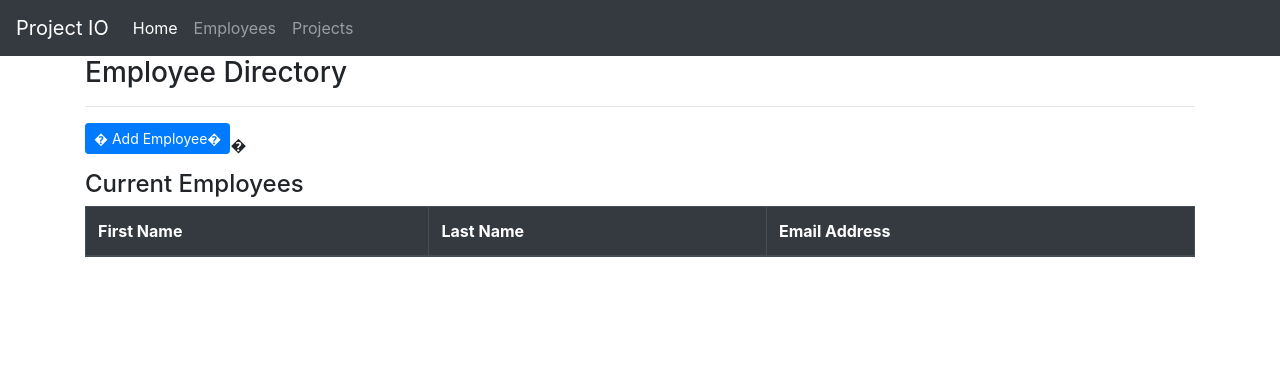
Repository: ynagay/SpringBoot
Page: http://localhost/employees/employees-home
An editor plug-in stored every save of this project. The page is shown before and after the next save, followed by the edit.
The browser window is 1280 px wide. The pictures show the whole page.
The page is this project's Thymeleaf template; nobody is signed in. The template is opened directly, without the code that normally fills it, so the values that code supplies are empty.

Above is the page before, as saved 2022-01-09 03:58:10.

### project-managment/src/main/resources/templates/employees/employees-home.html
<!DOCTYPE html>

<html xmlns:th="http://www.thymeleaf.org">

<head th:replace="layouts :: header"></head>

<body>

<nav th:replace="layouts :: navbar"></nav>

		<div class="container">
			<h3>Employee Directory</h3>
			<hr>

			<!--  Add New Employee Button -->
			<a th:href="@{/employees/new}"
				class="btn btn-primary btn-sm mb-3">
				Add Employee
			</a>

	<h4>Current Employees</h4>
	<table  class="table table-bordered table-striped">
		<thead class="thead-dark">
			<tr>
				<th>First Name</th>
				<th>Last Name</th>
				<th>Email Address</th>
			</tr>
		</thead>
		<tbody>
			<tr th:each="anEmployees : ${employeesList}">
				<td th:text="${anEmployees.firstName}"/>
				<td th:text="${anEmployees.lastName}"/>
				<td th:text="${anEmployees.email}"/>
			</tr>
		</tbody>
	</table>
</div>
</body>

</html>

### project-managment/src/main/resources/templates/layouts.html
<!DOCTYPE html>

<html xmlns:th="http://www.thymeleaf.org">

<head th:fragment="header">
	<!-- Required meta tags -->
    <meta charset="utf-8">
    <meta name="viewport" content="width=device-width, initial-scale=1, shrink-to-fit=no">

    <!-- Bootstrap CSS -->
    <link rel="stylesheet" href="https://stackpath.bootstrapcdn.com/bootstrap/4.3.1/css/bootstrap.min.css"
    integrity="sha384-ggOyR0iXCbMQv3Xipma34MD+dH/1fQ784/j6cY/iJTQUOhcWr7x9JvoRxT2MZw1T" crossorigin="anonymous">

</head>

<nav th:fragment="navbar" class="navbar navbar-expand-lg navbar-dark bg-dark">
  <a class="navbar-brand" th:href="@{/}">Project IO</a>
  <button class="navbar-toggler" type="button" data-toggle="collapse" data-target="#navbarSupportedContent" aria-controls="navbarSupportedContent" aria-expanded="false" aria-label="Toggle navigation">
    <span class="navbar-toggler-icon"></span>
  </button>

  <div class="collapse navbar-collapse" id="navbarSupportedContent">
    <ul class="navbar-nav mr-auto">
      <li class="nav-item active">
        <a class="nav-link" th:href="@{/}">Home</a>
      </li>
      <li class="nav-item">
        <a class="nav-link" th:href="@{/employees}">Employees</a>
      </li>
      <li class="nav-item">
        <a class="nav-link" th:href="@{/projects}">Projects</a>
      </li>
    </ul>
  </div>
</nav>

</html>

After the next save:
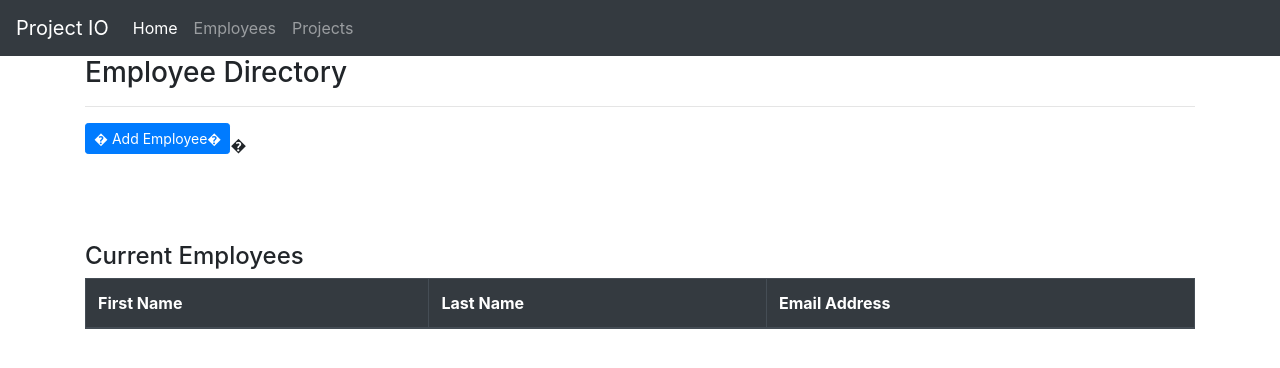
Saved 76 s later.
--- a/project-managment/src/main/resources/templates/employees/employees-home.html
+++ b/project-managment/src/main/resources/templates/employees/employees-home.html
@@ -17,6 +17,9 @@
 				class="btn btn-primary btn-sm mb-3">
 				Add Employee
 			</a>
+
+			<br></br>
+			<br></br>
 
 	<h4>Current Employees</h4>
 	<table  class="table table-bordered table-striped">

After the save that followed:
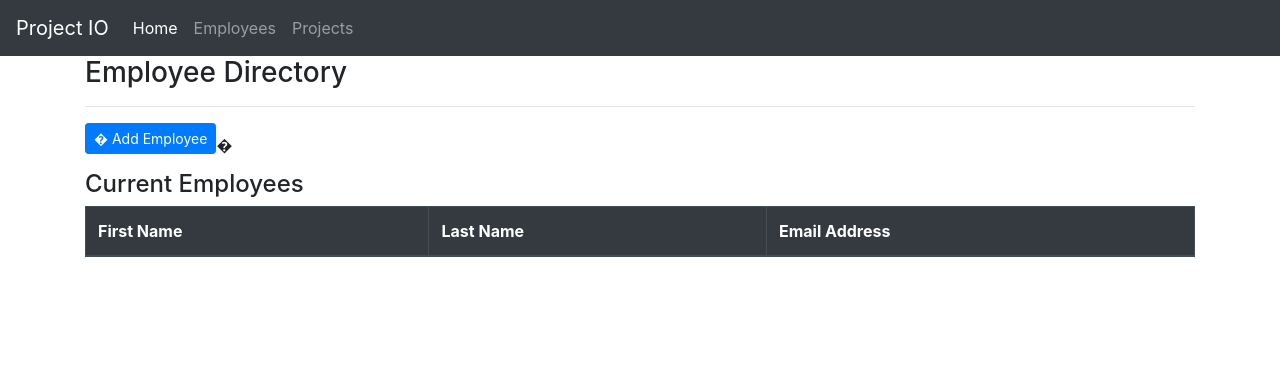
Saved 35 s later.
--- a/project-managment/src/main/resources/templates/employees/employees-home.html
+++ b/project-managment/src/main/resources/templates/employees/employees-home.html
@@ -15,11 +15,8 @@
 			<!--  Add New Employee Button -->
 			<a th:href="@{/employees/new}"
 				class="btn btn-primary btn-sm mb-3">
-				Add Employee
-			</a>
+			Add Employee</a>
 
-			<br></br>
-			<br></br>
 
 	<h4>Current Employees</h4>
 	<table  class="table table-bordered table-striped">
